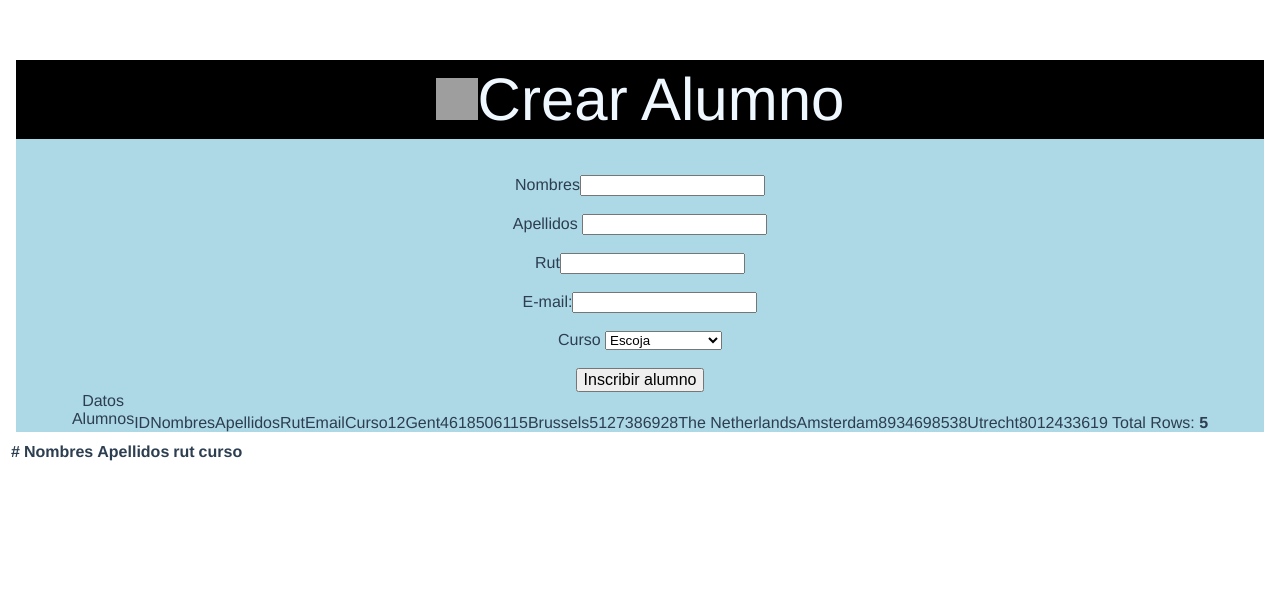
Repository: franciscamanquecheo/Tarea6ET
Page: / (app in my-project/)
The author's editor kept a copy of each file at every save. The page is drawn from the files as they stood at one save, then again after the next save.
The browser window is 1280 px wide. The pictures show the whole page.
Pictures or frames that could not be fetched are drawn as grey boxes. The project was rebuilt for these pictures with package versions that can differ from the ones it lists, and the page was loaded fresh each time. Also part of the build but not shown: my-project/vue.config.js.

Above is the page before, as saved 2022-06-19 23:22:38.

### my-project/src/App.vue
<template>

  <HelloWorld msg="Welcome to Your Vue.js App"/>
  <tabla msg="holos"/>
</template>

<script>
import HelloWorld from './components/HelloWorld.vue'
import tabla from './components/tabla.vue'


export default {
  name: 'App',
  components: {
    HelloWorld,
    tabla
}
}
</script>

<style>
#app {
  font-family: Avenir, Helvetica, Arial, sans-serif;
  -webkit-font-smoothing: antialiased;
  -moz-osx-font-smoothing: grayscale;
  text-align: center;
  color: #2c3e50;
  margin-top: 60px;
}
</style>

### my-project/src/components/HelloWorld.vue


<template>
  <body>
     <div>


       <a href="pagPrincipal.html">
      <img src="\my-project\src\assets\home.png" style="width:42px;height:42px;">
      </a>
      <span>Crear Alumno</span>

     </div>

  <form>
        <br><br>
          <label for="exampleInputEmail1">Nombres</label>
          <input type="email" class="form-control" id="exampleInputEmail1" aria-describedby="emailHelp"><br><br>
          <label for="fname">Apellidos </label>
          <input type="text" id="name" name="name" ><br><br>
          <label for="exampleInputPassword1" class="form-label">Rut</label>
          <input type="password" class="form-control" id="exampleInputPassword1"><br><br>
          <label for="lname">E-mail:</label>
          <input type="text" id="correo" name="correo">
          <br>
          <br>
          <label for="fname">Curso </label>
          <select name="name-cursos" id="Cursos">

            <option value="rigatoni">Escoja</option>
           <option value="rigatoni">Artes modernas</option>
            <option value="rigatoni">Lengua</option>
             <option value="rigatoni">Baile artistico</option>
              <option value="rigatoni">Ingles Medio</option>
          </select>



          <br><br>
          <button type="submit" class="btn btn-primary">Inscribir alumno</button>

      </form>
      <b-table-simple hover small caption-top responsive>
  <caption>
   Datos Alumnos
  </caption>
  <colgroup>
    <col />
    <col />
  </colgroup>
  <colgroup>
    <col />
    <col />
    <col />
  </colgroup>
  <colgroup>
    <col />
    <col />
  </colgroup>
  <b-thead head-variant="dark">

    <b-tr>
      <b-th>ID</b-th>
      <b-th>Nombres</b-th>
      <b-th>Apellidos</b-th>
      <b-th>Rut</b-th>
      <b-th>Email</b-th>
      <b-th>Curso</b-th>

    </b-tr>
  </b-thead>
  <b-tbody>
    <b-tr>
      <b-th rowspan="3">1</b-th>
      <b-th class="text-right">2</b-th>
      <b-th class="text-right">Gent</b-th>
      <b-td>46</b-td>
      <b-td variant="warning">18</b-td>
      <b-td>50</b-td>
      <b-td>61</b-td>
      <b-td variant="danger">15</b-td>
    </b-tr>
    <b-tr>
      <b-th class="text-right">Brussels</b-th>
      <b-td>51</b-td>
      <b-td>27</b-td>
      <b-td>38</b-td>
      <b-td>69</b-td>
      <b-td>28</b-td>
    </b-tr>
    <b-tr>
      <b-th rowspan="2">The Netherlands</b-th>
      <b-th class="text-right">Amsterdam</b-th>
      <b-td variant="success">89</b-td>
      <b-td>34</b-td>
      <b-td>69</b-td>
      <b-td>85</b-td>
      <b-td>38</b-td>
    </b-tr>
    <b-tr>
      <b-th class="text-right">Utrecht</b-th>
      <b-td>80</b-td>
      <b-td variant="danger">12</b-td>
      <b-td>43</b-td>
      <b-td>36</b-td>
      <b-td variant="warning">19</b-td>
    </b-tr>
  </b-tbody>
  <b-tfoot>
    <b-tr>
      <b-td colspan="7" variant="secondary" class="text-right"> Total Rows: <b>5</b> </b-td>
    </b-tr>
  </b-tfoot>
</b-table-simple>

  </body>
</template>

<script>
export default {

  name: 'HelloWorld',
  props: {
    msg: String
  }
}
</script>

<!-- Add "scoped" attribute to limit CSS to this component only -->
//<style scoped>
body {
    background-color: lightblue;
  }
  img{
    text-align: left;

  }
  span{
    color: aliceblue; font-size: 60px;
    text-align: center;

  }
  div{

    background-color: black;
            padding: 5px;
            font-size: 20px;

  }
  button{
    font-size: medium;
  }



  form{
    text-align: center;
  }
  .table{
    font-size: 40px;
  }
</style>

### my-project/src/components/tabla.vue
<template>
 <table class="table">
    <thead>
    <tr>
      <th scope="col">#</th>
      <th scope="col">Nombres</th>
      <th scope="col">Apellidos</th>
      <th scope="col">rut</th>
      <th scope="col">curso</th>

    </tr>
    </thead>
    <tbody>

    <tr th:each="alumno : ${alumnos}">
      <th th:text="${alumno.getid_Alumno()}" scope="row"></th>
      <td th:text="${alumno.getnombres()}"></td>
      <td th:text="${alumno.getpellidos()}"></td>
      <td th:text="${alumno.getrut()}"></td>
      <td th:text="${alumno.getcurso()}"></td>
    </tr>

    </tbody>
  </table>

</template>

<script>
export default{
    name: 'tabla',
   props: {
    msg: String
  }
}


</script>

Loaded but not shown: my-project/public/index.html (common file); my-project/src/main.js (common file)

After the next save:
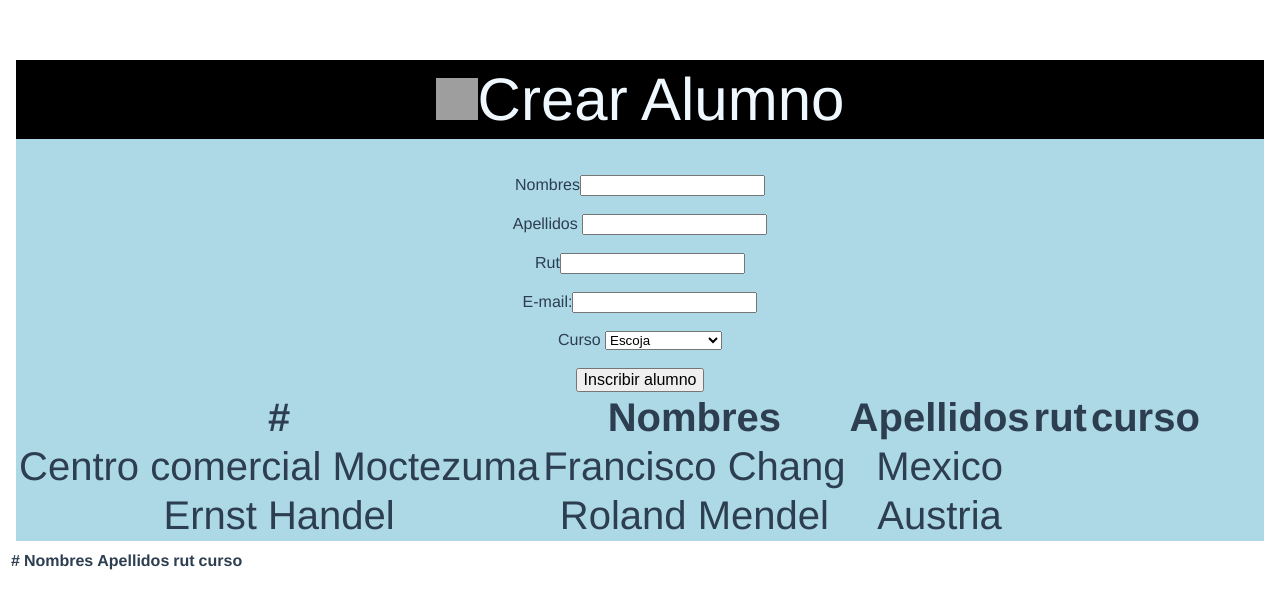
Saved 4 min 6 s later.
--- a/my-project/src/components/HelloWorld.vue
+++ b/my-project/src/components/HelloWorld.vue
@@ -40,79 +40,31 @@
           <button type="submit" class="btn btn-primary">Inscribir alumno</button>
 
       </form>
-      <b-table-simple hover small caption-top responsive>
-  <caption>
-   Datos Alumnos
-  </caption>
-  <colgroup>
-    <col />
-    <col />
-  </colgroup>
-  <colgroup>
-    <col />
-    <col />
-    <col />
-  </colgroup>
-  <colgroup>
-    <col />
-    <col />
-  </colgroup>
-  <b-thead head-variant="dark">
+       <table class="table">
+    <thead>
+    <tr>
+      <th scope="col">#</th>
+      <th scope="col">Nombres</th>
+      <th scope="col">Apellidos</th>
+      <th scope="col">rut</th>
+      <th scope="col">curso</th>
 
-    <b-tr>
-      <b-th>ID</b-th>
-      <b-th>Nombres</b-th>
-      <b-th>Apellidos</b-th>
-      <b-th>Rut</b-th>
-      <b-th>Email</b-th>
-      <b-th>Curso</b-th>
+    </tr>
+    </thead>
+    <tbody>
+<tr>
+    <td>Centro comercial Moctezuma</td>
+    <td>Francisco Chang</td>
+    <td>Mexico</td>
+  </tr>
+   <tr>
+    <td>Ernst Handel</td>
+    <td>Roland Mendel</td>
+    <td>Austria</td>
+  </tr>
 
-    </b-tr>
-  </b-thead>
-  <b-tbody>
-    <b-tr>
-      <b-th rowspan="3">1</b-th>
-      <b-th class="text-right">2</b-th>
-      <b-th class="text-right">Gent</b-th>
-      <b-td>46</b-td>
-      <b-td variant="warning">18</b-td>
-      <b-td>50</b-td>
-      <b-td>61</b-td>
-      <b-td variant="danger">15</b-td>
-    </b-tr>
-    <b-tr>
-      <b-th class="text-right">Brussels</b-th>
-      <b-td>51</b-td>
-      <b-td>27</b-td>
-      <b-td>38</b-td>
-      <b-td>69</b-td>
-      <b-td>28</b-td>
-    </b-tr>
-    <b-tr>
-      <b-th rowspan="2">The Netherlands</b-th>
-      <b-th class="text-right">Amsterdam</b-th>
-      <b-td variant="success">89</b-td>
-      <b-td>34</b-td>
-      <b-td>69</b-td>
-      <b-td>85</b-td>
-      <b-td>38</b-td>
-    </b-tr>
-    <b-tr>
-      <b-th class="text-right">Utrecht</b-th>
-      <b-td>80</b-td>
-      <b-td variant="danger">12</b-td>
-      <b-td>43</b-td>
-      <b-td>36</b-td>
-      <b-td variant="warning">19</b-td>
-    </b-tr>
-  </b-tbody>
-  <b-tfoot>
-    <b-tr>
-      <b-td colspan="7" variant="secondary" class="text-right"> Total Rows: <b>5</b> </b-td>
-    </b-tr>
-  </b-tfoot>
-</b-table-simple>
-
+    </tbody>
+  </table>
   </body>
 </template>
 
